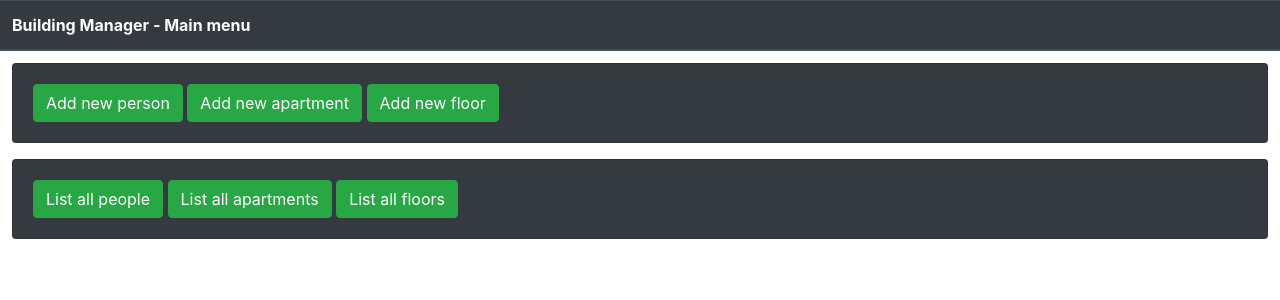
Repository: JMarJus/TalleresDUAL_2
Page: http://localhost/index
An editor plug-in stored every save of this project. The page is shown before and after the next save, followed by the edit.
The browser window is 1280 px wide. The pictures show the whole page.
The page is this project's Thymeleaf template; nobody is signed in. The template is opened directly, without the code that normally fills it, so the values that code supplies are empty.

Above is the page before, as saved 2023-12-26 00:25:08.
Console error: TypeError: Cannot read properties of undefined (reading 'fn')

### spring01/src/main/resources/templates/index.html
<!DOCTYPE html>
<html xmlns:th="http://www.thymeleaf.org">

<head>
	<meta http-equiv="Content-Type" content="text/html; charset=UTF-8" />
	<title>Spring 01 - Building Management</title>
	<link rel="stylesheet" href="https://stackpath.bootstrapcdn.com/bootstrap/4.3.1/css/bootstrap.min.css">
	<script src="https://stackpath.bootstrapcdn.com/bootstrap/4.3.1/js/bootstrap.min.js"></script>
</head>

<body>
	<table class="table">
		<thead class="thead-dark">
			<tr>
				<th scope="col">Building Manager - Main menu</th>
			</tr>
		</thead>
		<tbody>
			<tr>
				<td>
					<div class="card text-white bg-dark mb-3">
		  				<div class="card-body">
							<a th:href="@{/getAddPerson}" class="btn btn-success">Add new person</a>
							<a th:href="@{/getAddApartment}" class="btn btn-success">Add new apartment</a>
							<a th:href="@{/getAddFloor}" class="btn btn-success">Add new floor</a>
						</div>
					</div>
					<div class="card text-white bg-dark mb-3">
		  				<div class="card-body">
							<a th:href="@{/getPeople}" class="btn btn-success">List all people</a>
							<a th:href="@{/getApartments}" class="btn btn-success">List all apartments</a>
							<a th:href="@{/getFloors}" class="btn btn-success">List all floors</a>
						</div>
					</div>
				</td>
			</tr>
		</tbody>
	</table>
</body>

</html>

After the next save:
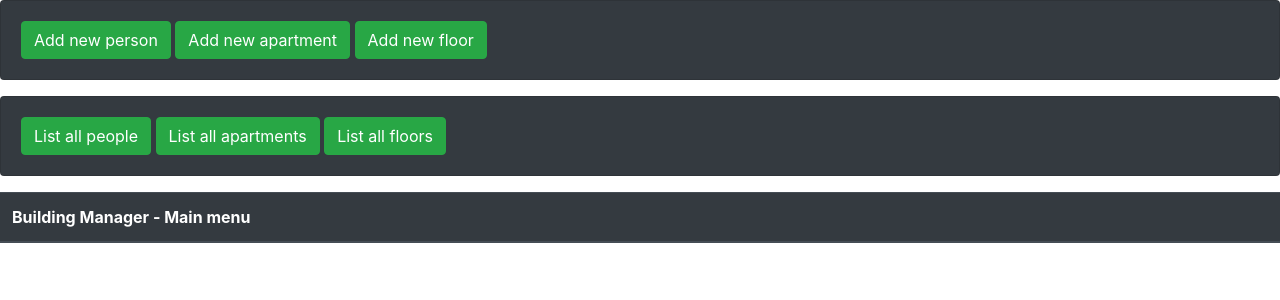
Saved 15 s later.
--- a/spring01/src/main/resources/templates/index.html
+++ b/spring01/src/main/resources/templates/index.html
@@ -15,9 +15,6 @@
 				<th scope="col">Building Manager - Main menu</th>
 			</tr>
 		</thead>
-		<tbody>
-			<tr>
-				<td>
 					<div class="card text-white bg-dark mb-3">
 		  				<div class="card-body">
 							<a th:href="@{/getAddPerson}" class="btn btn-success">Add new person</a>
@@ -32,9 +29,6 @@
 							<a th:href="@{/getFloors}" class="btn btn-success">List all floors</a>
 						</div>
 					</div>
-				</td>
-			</tr>
-		</tbody>
 	</table>
 </body>
 

After the save that followed:
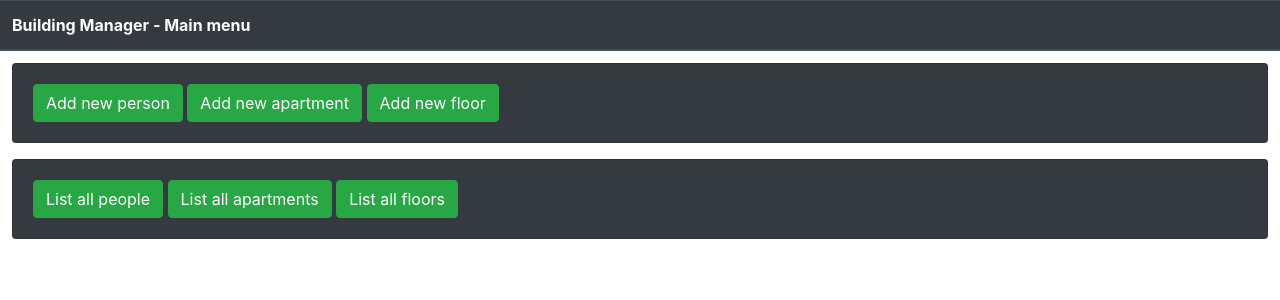
Saved 5 s later.
--- a/spring01/src/main/resources/templates/index.html
+++ b/spring01/src/main/resources/templates/index.html
@@ -15,6 +15,9 @@
 				<th scope="col">Building Manager - Main menu</th>
 			</tr>
 		</thead>
+		<tbody>
+			<tr>
+				<td>
 					<div class="card text-white bg-dark mb-3">
 		  				<div class="card-body">
 							<a th:href="@{/getAddPerson}" class="btn btn-success">Add new person</a>
@@ -29,6 +32,9 @@
 							<a th:href="@{/getFloors}" class="btn btn-success">List all floors</a>
 						</div>
 					</div>
+				</td>
+			</tr>
+		</tbody>
 	</table>
 </body>
 
